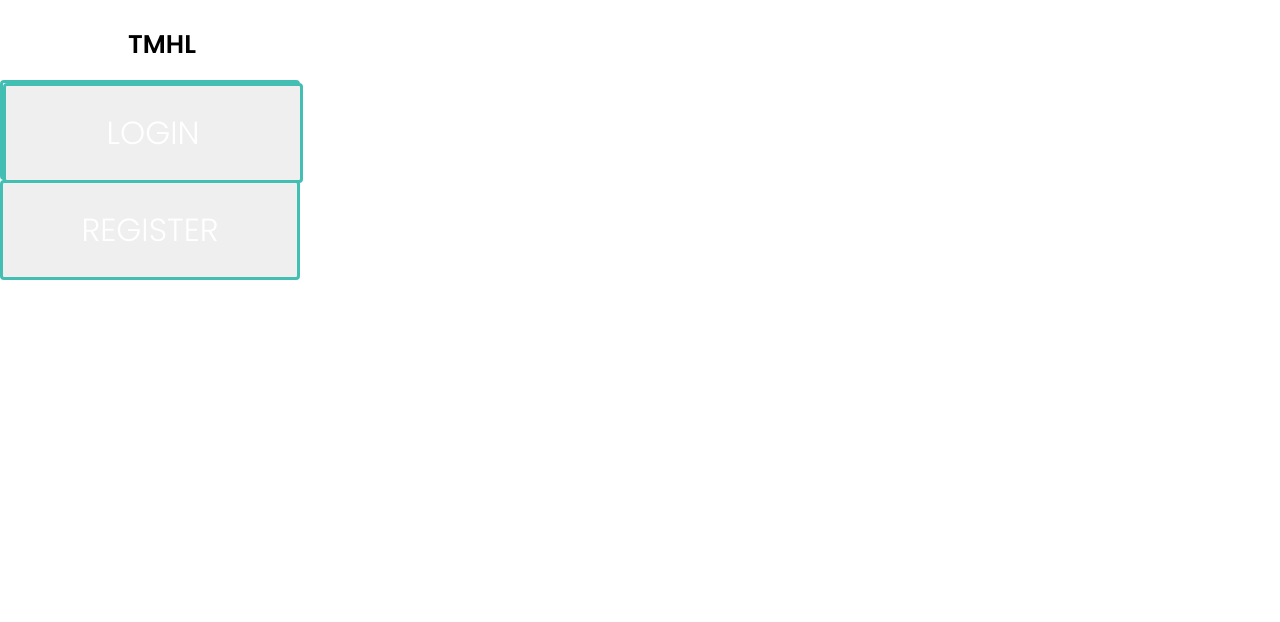
Repository: vu9ar/vu9ar.github.io
Page: WelcomePage/welcome.html
The author's editor kept a copy of each file at every save. The page is drawn from the files as they stood at one save, then again after the next save.
The browser window is 1280 px wide. The pictures show the whole page.

Above is the page before, as saved 2022-03-27 18:25:57.

### WelcomePage/welcome.html
<!DOCTYPE html>
<html>

<head>
    <meta charset="UTF-8">
    <link rel="stylesheet" href="style.css">
    <link rel="preconnect" href="https://fonts.gstatic.com" crossorigin>
    <link href="https://fonts.googleapis.com/css2?family=Poppins:wght@300&display=swap" rel="stylesheet">
    <link href="https://fonts.googleapis.com/css2?family=Poppins:wght@600&display=swap" rel="stylesheet">
    <meta name="viewport" content="width-device-width, initial-scale=1.0">
    <title>TMHL</title>
</head>


<body>
    <!--
    <form action="../loginRegister/guestToVerifiedRegister.html">
        <button>Register</button>
    </form>
    <form action="../loginRegister/loginForVerified.html">
        <button>Login</button>
    </form> -->
    <div class="intro">
        <h1 class="logo-header">
            <span class="Logo">Mar</span> <span class="Logo">ginal</span>
        </h1>
    </div>

    <header>
        <h4>TMHL</h4>
    </header>

    <form action="../loginRegister/loginForVerified.html" class="button">
        <button class="button">LOGIN</button>
    </form>

    <form action="/loginRegister/guestToVerifiedRegister.html">
        <button class="button">REGISTER</button>
    </form>
    <script src="app.js"></script>

</body>


</html>

### WelcomePage/style.css
* {
    margin: 0;
    padding: 0;
    box-sizing: border-box;
    font-family: 'Poppins', sans-serif;
}

header {
    position: relative;
    left: 0;
    right: 0;
    width: 100%;
    height: 80px;
}

header h4 {
    position: absolute;
    left: 10%;
    bottom: 1rem;
    font-size: 1.6rem;
}


/* Splash */

.intro {
    position: fixed;
    z-index: 1;
    left: 0;
    right: 0;
    width: 100%;
    height: 100vh;
    background-color: #161616;
    transition: 1s;
}

.logo-header {
    position: absolute;
    top: 40%;
    left: 50%;
    transform: translate(-50%, -50%);
    color: #ffffff;
}

.Logo {
    position: relative;
    display: inline-block;
    /*left: 0;*/
    bottom: -20px;
    opacity: 0;
}

.Logo.active {
    bottom: 0;
    opacity: 1;
    transition: ease-in-out 0.5s;
}

.Logo.fade {
    bottom: 150px;
    opacity: 0;
    transition: ease-in-out 0.5;
}

.button {
    width: 300px;
    height: 100px;
    border: none;
    color: white;
    border-radius: 4px;
    transition: ease-out 0.3s;
    font-size: 2rem;
    outline: none;
    border: 3px solid #42BFB2;
    position: relative;
    z-index: 1;
}

.button:hover {
    color: #ffffff;
    cursor: pointer;
}

.button:before {
    transition: 0.5s all ease;
    position: absolute;
    top: 0;
    left: 50%;
    right: 50%;
    bottom: 0;
    opacity: 0;
    content: "";
    background-color: #42BFB2;
}

.button:hover:before {
    transition: 0.5s all ease;
    left: 0;
    right: 0;
    opacity: 1;
    z-index: -1;
}

### WelcomePage/app.js
let intro = document.querySelector('.intro');
let logo = document.querySelector('.logo-header');
let logoSpan = document.querySelectorAll('.Logo');


window.addEventListener('DOMContentLoaded', () => {

    setTimeout(() => {

        logoSpan.forEach((span, idx) => {
            setTimeout(() => {
                span.classList.add('active');
            }, (idx + 1) * 400);
        });

        setTimeout(() => {
            logoSpan.forEach((span, idx) => {

                setTimeout(() => {
                    span.classList.remove('active');
                    span.classList.add('fade');
                }, (idx + 1) * 50);
            })
        }, 2000);


        setTimeout(() => {
            intro.style.top = '-100vh';
        }, 2300);
    });
});

After the next save:
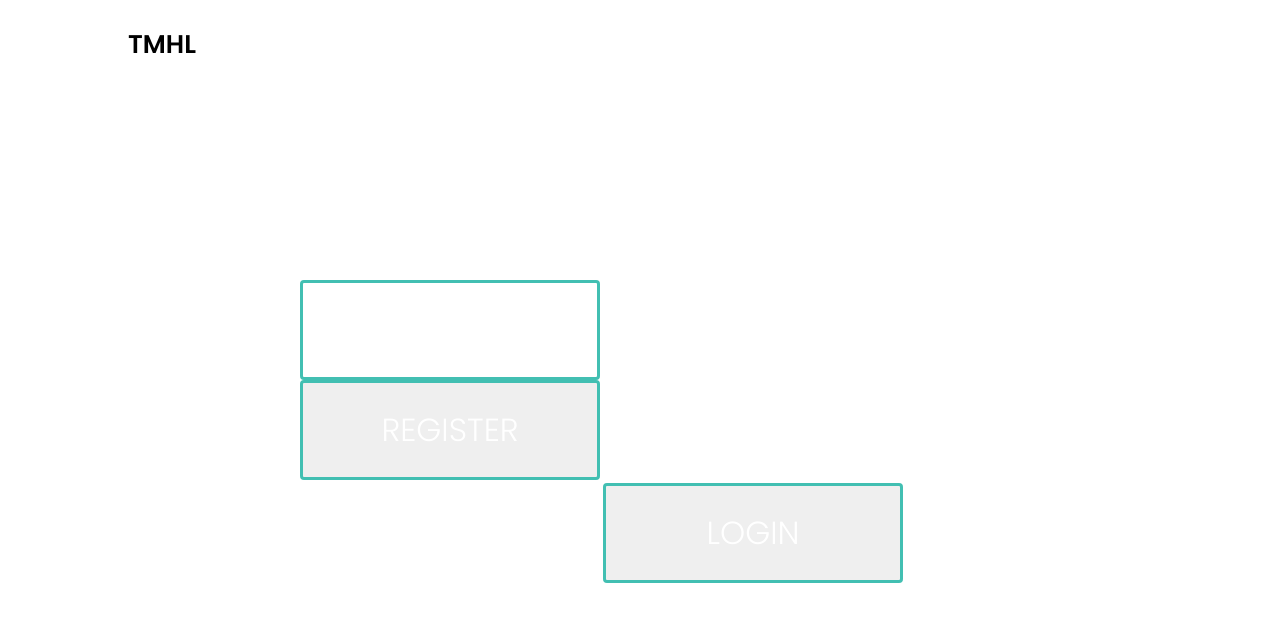
Saved 4 min 41 s later.
--- a/WelcomePage/style.css
+++ b/WelcomePage/style.css
@@ -63,6 +63,8 @@
 }
 
 .button {
+    top: 200px;
+    left: 300px;
     width: 300px;
     height: 100px;
     border: none;

After the save that followed:
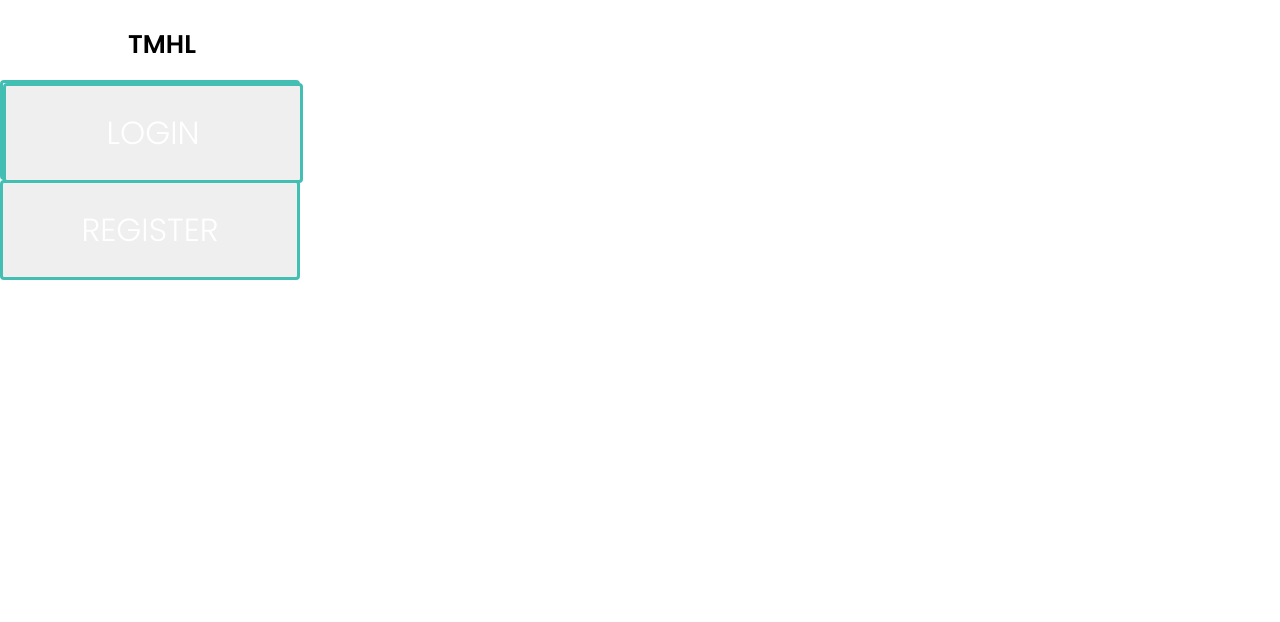
Saved 2 min 9 s later.
--- a/WelcomePage/style.css
+++ b/WelcomePage/style.css
@@ -63,8 +63,6 @@
 }
 
 .button {
-    top: 200px;
-    left: 300px;
     width: 300px;
     height: 100px;
     border: none;
@@ -86,7 +84,7 @@
 .button:before {
     transition: 0.5s all ease;
     position: absolute;
-    top: 0;
+    top: 200px;
     left: 50%;
     right: 50%;
     bottom: 0;
